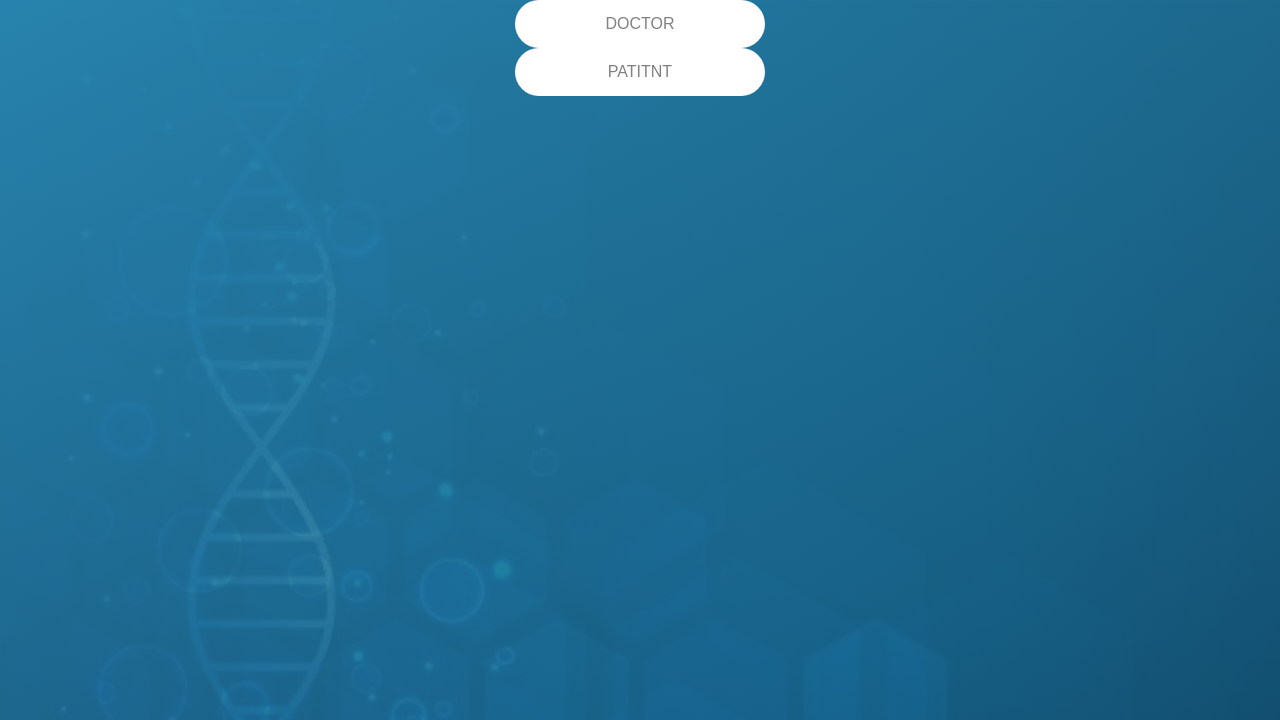
Repository: ajayaj2001/healthcare-digitization
Page: /
These files come from the project's save history. The page is drawn as it stood at one moment and after the next save; the edit follows.
The browser window is 1280 px wide. The pictures show the whole page.
The project was rebuilt for these pictures with package versions that can differ from the ones it lists, and the page was loaded fresh each time.

Above is the page before, as saved 2021-03-12 18:36:21.

### public/index.html
<!DOCTYPE html>
<html lang="en">

<head>
  <meta charset="utf-8" />
  <meta name="viewport" content="width=device-width, initial-scale=1" />
  <meta name="theme-color" content="#000000" />
  <meta name="description" content="Web site created using create-react-app" />
  <link rel="stylesheet" href="https://fonts.googleapis.com/css?family=Roboto:300,400,500,700&display=swap" />
  <link rel="stylesheet" href="https://fonts.googleapis.com/icon?family=Material+Icons" />

  <!--
      manifest.json provides metadata used when your web app is installed on a
      user's mobile device or desktop. See https://developers.google.com/web/fundamentals/web-app-manifest/
    -->
  <!-- <link rel="manifest" href="%PUBLIC_URL%/manifest.json" /> -->
  <!--
      Notice the use of %PUBLIC_URL% in the tags above.
      It will be replaced with the URL of the `public` folder during the build.
      Only files inside the `public` folder can be referenced from the HTML.

      Unlike "/favicon.ico" or "favicon.ico", "%PUBLIC_URL%/favicon.ico" will
      work correctly both with client-side routing and a non-root public URL.
      Learn how to configure a non-root public URL by running `npm run build`.
    -->
  <title>medical</title>
</head>

<body>
  <noscript>You need to enable JavaScript to run this app.</noscript>
  <div id="root"></div>
  <!--
      This HTML file is a template.
      If you open it directly in the browser, you will see an empty page.

      You can add webfonts, meta tags, or analytics to this file.
      The build step will place the bundled scripts into the <body> tag.

      To begin the development, run `npm start` or `yarn start`.
      To create a production bundle, use `npm run build` or `yarn build`.
    -->
</body>

</html>

### src/index.js
import React from 'react';
import ReactDOM from 'react-dom';
import './index.scss';
import App from './component/app/App';

ReactDOM.render(
  <React.StrictMode>
    <App />
  </React.StrictMode>,
  document.getElementById('root')
);

### src/index.scss
code {
  font-family: source-code-pro, Menlo, Monaco, Consolas, "Courier New", monospace;
}
@mixin respond($breakpoint) {
  @if $breakpoint == phone {
    @media (max-width: 37.5em) {
      @content;
    }
  }

  @if $breakpoint == tab-land {
    @media (max-width: 75em) {
      @content;
    }
  }
  @if $breakpoint == tab-port {
    @media (max-width: 56.25em) {
      @content;
    }
  }
  @if $breakpoint == big-desktop {
    @media (min-width: 112.5em) {
      @content;
    }
  }
}

*,
*::after,
*::before {
  margin: 0;
  padding: 0;
  box-sizing: inherit;
}
body {
  font-family: "Lato", sans-serif;
  font-weight: 400;
  font-size: 16px;
  line-height: 1.7;
  color: #777;
  //padding: 30px;
  box-sizing: border-box;
  @include respond(tab-port) {
    padding: 0;
  }
}

html {
  font-size: 62.5%; //1rem=10px 10px/16px=62.5%
  @include respond(tab-land) {
    //width <1200
    font-size: 56.25%; //1rem=9px
  }
  @include respond(tab-port) {
    //<width <900
    font-size: 50%; //1rem=8px
  }
  // @include respond(phone) {
  //     //<width<600
  //     font-size: 40%; //1rem=4.8px
  // }
  @include respond(big-desktop) {
    //>1200
    font-size: 75%; //1rem=12
  }
}

### src/component/app/App.js
import './App.scss';

import UserType from "../userType/UserType";

function App() {
  return (
    <div className="App">
      <UserType />
    </div>
  );
}

export default App;

### src/component/userType/UserType.js
import React from 'react'
import './UserType.scss'

const UserType = () => {
    return (
        <div className="userType">
<div className="userType-buttons">
            <button className="btn btn--white btn--animation" >Doctor</button>
            <button className="btn btn--white btn--animation" >Patitnt</button>
            </div>
        </div>
    )
}

export default UserType

### src/component/userType/UserType.scss
.userType {
    height: 100vh;
    background-image: linear-gradient(to right bottom, #2783ad, rgba(23, 91, 122, 0.774)), url(../../img/img-1.jpg);
    background-size: cover;
    background-position: top;
    position: relative;
}

.btn {
    &,
    &:link,
    &:visited {
        text-decoration: none;
        padding: 1.5rem 3rem;
        text-transform: uppercase;
        display: inline-block;
        border-radius: 10rem;
        transition: all 0.2s;
        position: relative;
        font-size: 1.6rem;
width: 25rem;
        //for button element

        border: none;
        cursor: pointer;
    }
    &:hover {
        transform: translateY(-0.3rem);
        box-shadow: 0 1rem 2rem rgba(0, 0, 0, 0.3);
        &::after {
            transform: scalex(1.4) scaleY(1.6);
            opacity: 0;
        }
    }
    &:active,
    &:focus {
        outline: none;
        transform: translateY(-0.1rem);
        box-shadow: 0 0.5rem 1rem rgba(0, 0, 0, 0.2);
    }
    &--white {
        background-color: #fff;
        color: grey;
        &::after {
            background-color: #fff;
        }
    }
    // &--green {
    //     background-color: rgba(40, 180, 131, 0.8);
    //     color: white;
    //     &::after {
    //         background-color: rgba(40, 180, 131, 0.8);
    //     }
    // }
    &::after {
        content: "";
        display: inline-block;
        border-radius: 10rem;
        transition: all 0.4s;
        height: 100%;
        width: 100%;
        top: 0;
        left: 0;
        position: absolute;
        z-index: -1;
    }
    &--animation {
        animation: moveInBottom 0.5s ease-out 0.75 backwards;
    }
}

.userType-buttons{
    display: flex;
    flex-direction: column;
    align-items: center;
    justify-content: center !important;
}

Loaded but not shown: src/component/app/App.scss (no stored copy; drawn as an empty file)

After the next save:
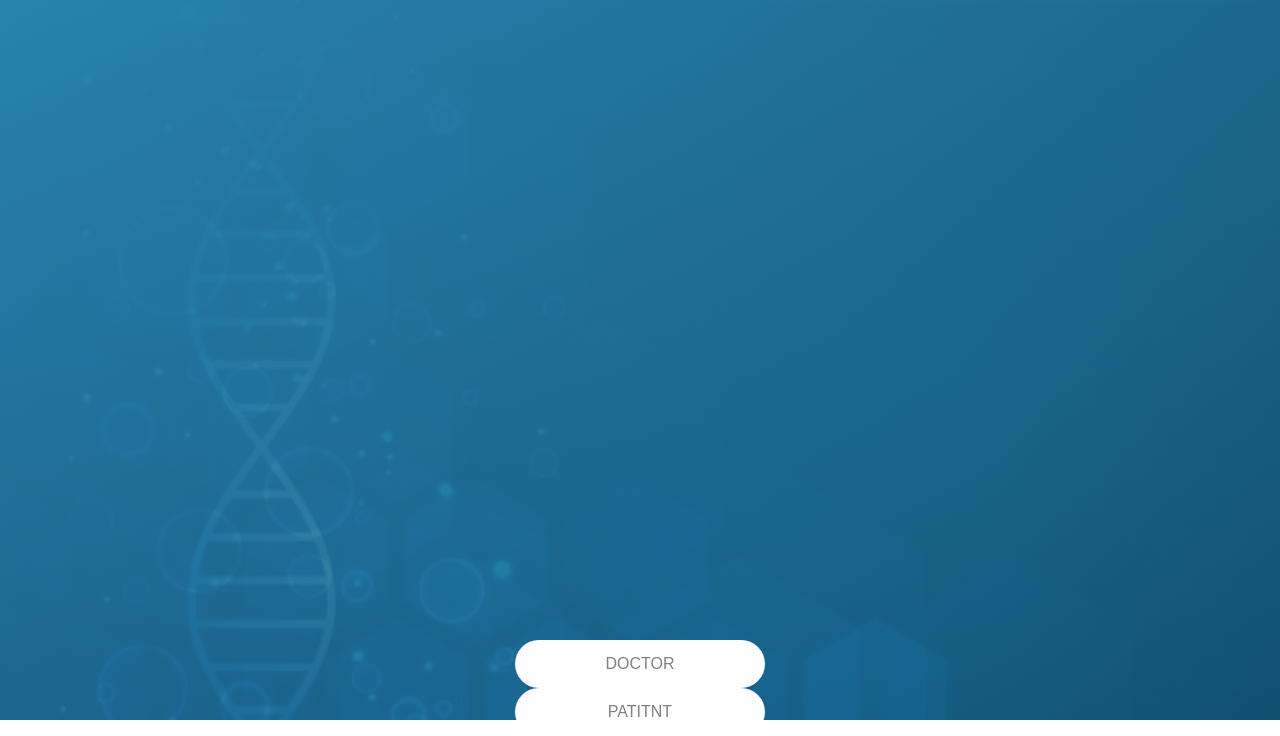
Saved 13 s later.
--- a/src/component/userType/UserType.scss
+++ b/src/component/userType/UserType.scss
@@ -73,5 +73,5 @@ width: 25rem;
     display: flex;
     flex-direction: column;
     align-items: center;
-    justify-content: center !important;
+    padding-top: 50%;
 }
